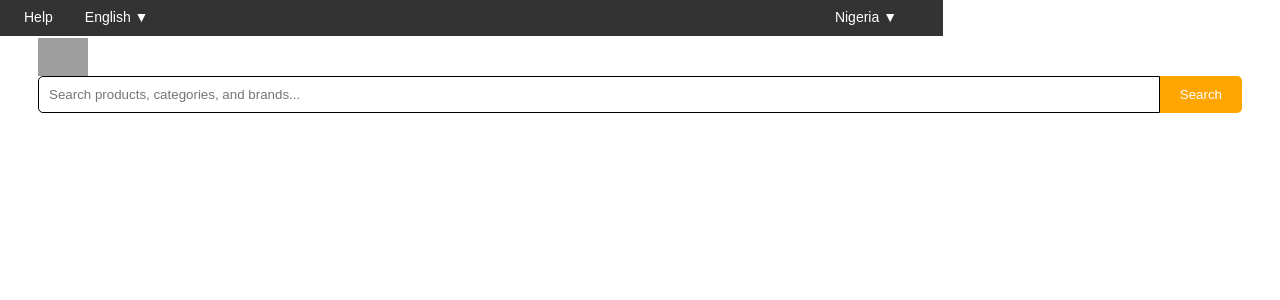
Repository: Femi007-gh/e-commerce
Page: index.html
The author's editor kept a copy of each file at every save. The page is drawn from the files as they stood at one save, then again after a run of saves.
The browser window is 1280 px wide. The pictures show the whole page.
Pictures or frames that could not be fetched are drawn as grey boxes.

Above is the page before, as saved 2025-04-28 17:14:45.

After the next 2 saves:
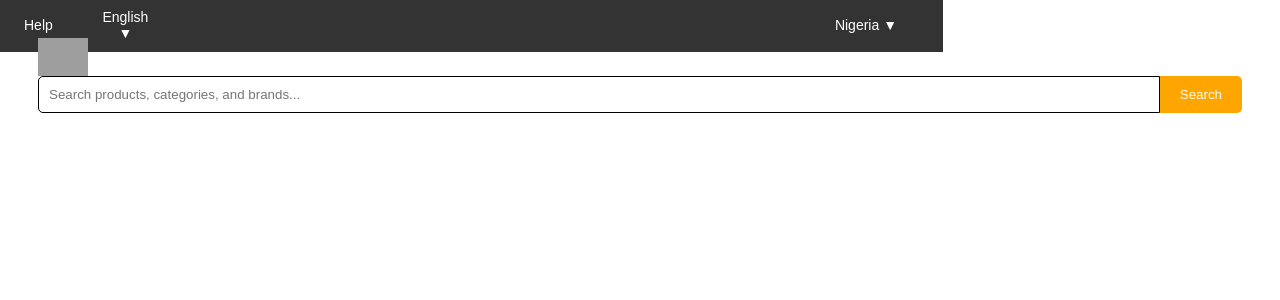
The 2 saves are shown as one change because they came seconds apart.
The last was saved 6 s later.
--- a/style.css
+++ b/style.css
@@ -25,7 +25,7 @@
 .dropdown {
   position: relative;
   margin-right: 20px;
-  width:
+  width: 100%;
 }
 
 .dropbtn {

After the 5 saves that followed:
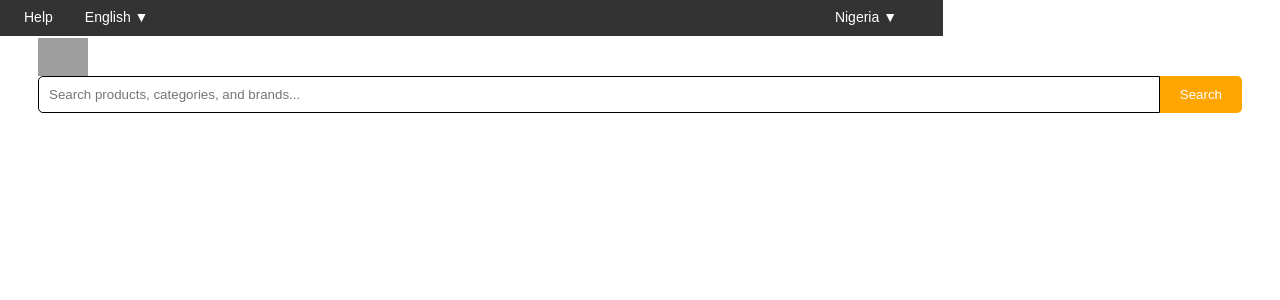
The 5 saves are shown as one change because 3 left the picture as it was and some came seconds apart.
The last was saved 43 s later.
--- a/style.css
+++ b/style.css
@@ -25,7 +25,6 @@
 .dropdown {
   position: relative;
   margin-right: 20px;
-  width: 100%;
 }
 
 .dropbtn {
